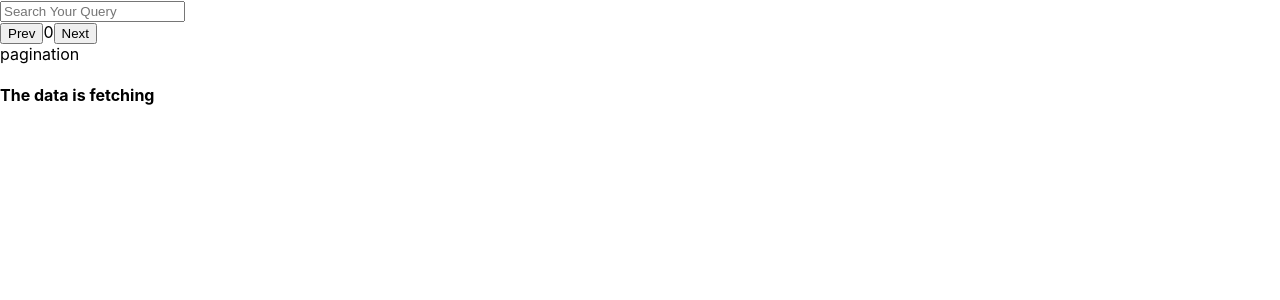
Repository: suraj-yadav7/TechNews
Page: /
The author's editor kept a copy of each file at every save. The page is drawn from the files as they stood at one save, then again after the next save.
The browser window is 1280 px wide. The pictures show the whole page.
The page's requests for data from a server got no answer. The project was rebuilt for these pictures with package versions that can differ from the ones it lists, and the page was loaded fresh each time. No one was signed in, and anything a server would have sent is missing. Also part of the build but not shown: src/App.css.

Above is the page before, as saved 2023-04-27 21:26:59.

### src/index.js
import React from 'react';
import ReactDOM from 'react-dom/client';
import './index.css';
import App from './App';
import reportWebVitals from './reportWebVitals';
import { AppProvider } from './context';

const root = ReactDOM.createRoot(document.getElementById('root'));
root.render(
  <React.StrictMode>
    <AppProvider>
    <App />
    </AppProvider>
  </React.StrictMode>
);

// If you want to start measuring performance in your app, pass a function
// to log results (for example: reportWebVitals(console.log))
// or send to an analytics endpoint. Learn more: https://bit.ly/CRA-vitals
reportWebVitals();

### src/App.js
import './App.css';
import Pagination from './components/Pagination';
import Search from './components/Search';
import Stories from './components/Stories';

function App() {
  return (
      <>
      <Search/>
      <Pagination />
      <Stories />
      </>
  );
}

export default App;

### src/context.jsx
import {useContext, createContext, useEffect, useReducer} from "react"
import {reducer} from './reducer'

const AppContext = createContext();
let api = "https://hn.algolia.com/api/v1/search?";
const initial = {
    hits:[],
    page:0,
    nbPages:0,
    query:"",
    isLoading:true
}

const AppProvider = ({children})=>{

    const [state, dispatch] = useReducer(reducer, initial)

    const fetchApiData = async(url)=>{
        dispatch({
            type:"loadingData",
        })
        try{
            let fetchApi = await fetch(url)
            let data = await fetchApi.json()
            console.log(data)
            dispatch({
                type:"Get_Update",
                payload:{
                    hitNews:data.hits,
                    pg:data.page,
                    nbPg: data.nbPages
                }
            })
        }
        catch(error){
            console.log(error)
        }
        }

        //removing post
        const removePost = (objectID) =>{
                    dispatch({
                        type:"remove_post",
                        payload: objectID
                    })
        }

    //Search Post
    const searchPost = ((searchVal)=>{
        // searchVal.preventDefault()
        dispatch({
        type:"SEARCH_POST",
        payload: searchVal
        })
    })

    //Previous Page
    const prevPage=()=>{
        dispatch({
            type:"PREV_PAGE"
        })
    }
    const nextPage=()=>{
        dispatch({
            type:"NEXT_PAGE"
        })
    }
    useEffect(()=>{
         fetchApiData(`${api}query=${state.query}&&page=${state.page}`)

    },[state.query])


    return(
        <AppContext.Provider value= {{...state, removePost, searchPost,prevPage,nextPage}} >{children}</AppContext.Provider>
    )
};

//Custom hook to provide appContext and useContext

const useGlobalContext = ()=>{
    return useContext(AppContext)
}
export {AppContext,AppProvider, useGlobalContext}

### src/components/Pagination.jsx
import React from 'react'

const Pagination = () => {
  return (
    <>
    <div className="pagination">
        pagination
    </div>

    </>
  )
}

export default Pagination

### src/components/Search.jsx
import React from 'react'
import { useGlobalContext } from '../context'

const Search = () => {
  const {query, searchPost,prevPage,nextPage, nbPages} = useGlobalContext()
  return (
    <>
   <div className='formContainer'>
    <form onSubmit={(e)=>e.preventDefault()}>
      <input type="search" placeholder='Search Your Query' value={query} onChange={(e)=> searchPost(e.target.value)}></input>
    </form>
   </div>
   <div className='pagination'>
    <button onClick={prevPage} >Prev</button>
     {nbPages}
    <button onClick={nextPage} >Next</button>
   </div>
    </>
  )
}

export default Search

### src/components/Stories.jsx
import React, {useEffect}from 'react'
import { useGlobalContext } from '../context'

const Stories = () => {
    const {hits, isLoading,removePost}= useGlobalContext()



    if(isLoading){
    return(
        <div className="Loading">
        <h4>The data is fetching</h4>
        </div>
    )
    }
  return (
    <>
      <div className='parentStory'>
        <h2>Latest Post</h2>
        {hits?.map((story)=>{
          const {objectID} = story
          return (
          <>
          <div className='stories' key={objectID}>
          <h3>{story.title}</h3>
          <p>by <span>{story.author}</span>  | <span>comment: {story.num_comments} </span></p>
          <div className="storiesButton">
          <a  href={story.url} target='_blank' rel="noreferrer"><button >Read More</button></a>
          <button  onClick={()=>removePost(objectID)} >Remove</button>
            </div>
          </div>
          </>)
          })}
      </div>
    </>
  )
}

export default Stories

### src/reducer.jsx

const reducer = (state,action) =>{
    switch(action.type){
        case"loadingData" : return{
            ...state,
            isLoading: true

        } ;
        case "Get_Update":
            return{
                ...state,
                isLoading:false,
                hits:action.payload.hitNews,
                nbPages:action.payload.nbPg
            }

        case "remove_post":
            return{
                ...state, hits: state.hits.filter((post)=> post.objectID !== action.payload)
            }

        case "SEARCH_POST":
            return{
                    ...state, query: action.payload
            }

        case "PREV_PAGE":
            return{
                ...state,
                page:state.page-1
            }

        case "NEXT_PAGE":
            return{
                ...state,
                page:state.page+1
            }

    }
    return state
}
export {reducer};

Loaded but not shown: public/index.html (common file); src/index.css (common file); src/reportWebVitals.js (common file)

After the next save:
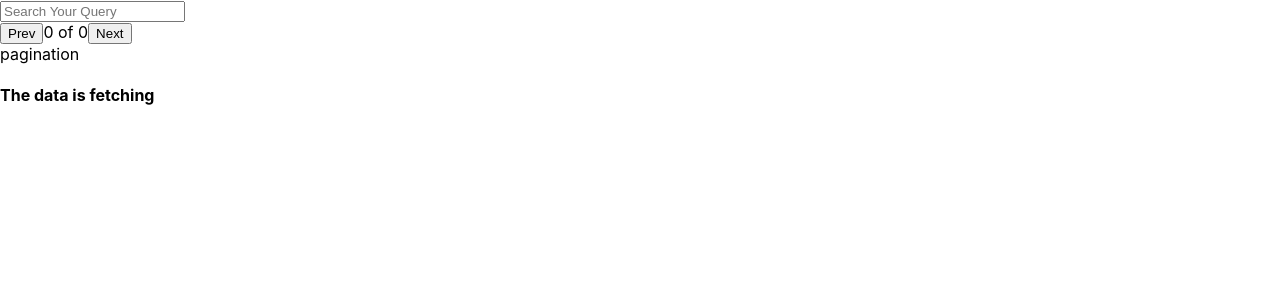
Saved 68 s later.
--- a/src/components/Search.jsx
+++ b/src/components/Search.jsx
@@ -2,7 +2,7 @@ import React from 'react'
 import { useGlobalContext } from '../context'
 
 const Search = () => {
-  const {query, searchPost,prevPage,nextPage, nbPages} = useGlobalContext()
+  const {query, searchPost,prevPage,nextPage, nbPages,page} = useGlobalContext()
   return (
     <>
    <div className='formContainer'>
@@ -12,7 +12,7 @@ const Search = () => {
    </div>
    <div className='pagination'>
     <button onClick={prevPage} >Prev</button>
-     {nbPages}
+     <span>{page} of {nbPages}</span>
     <button onClick={nextPage} >Next</button>
    </div>
     </>
